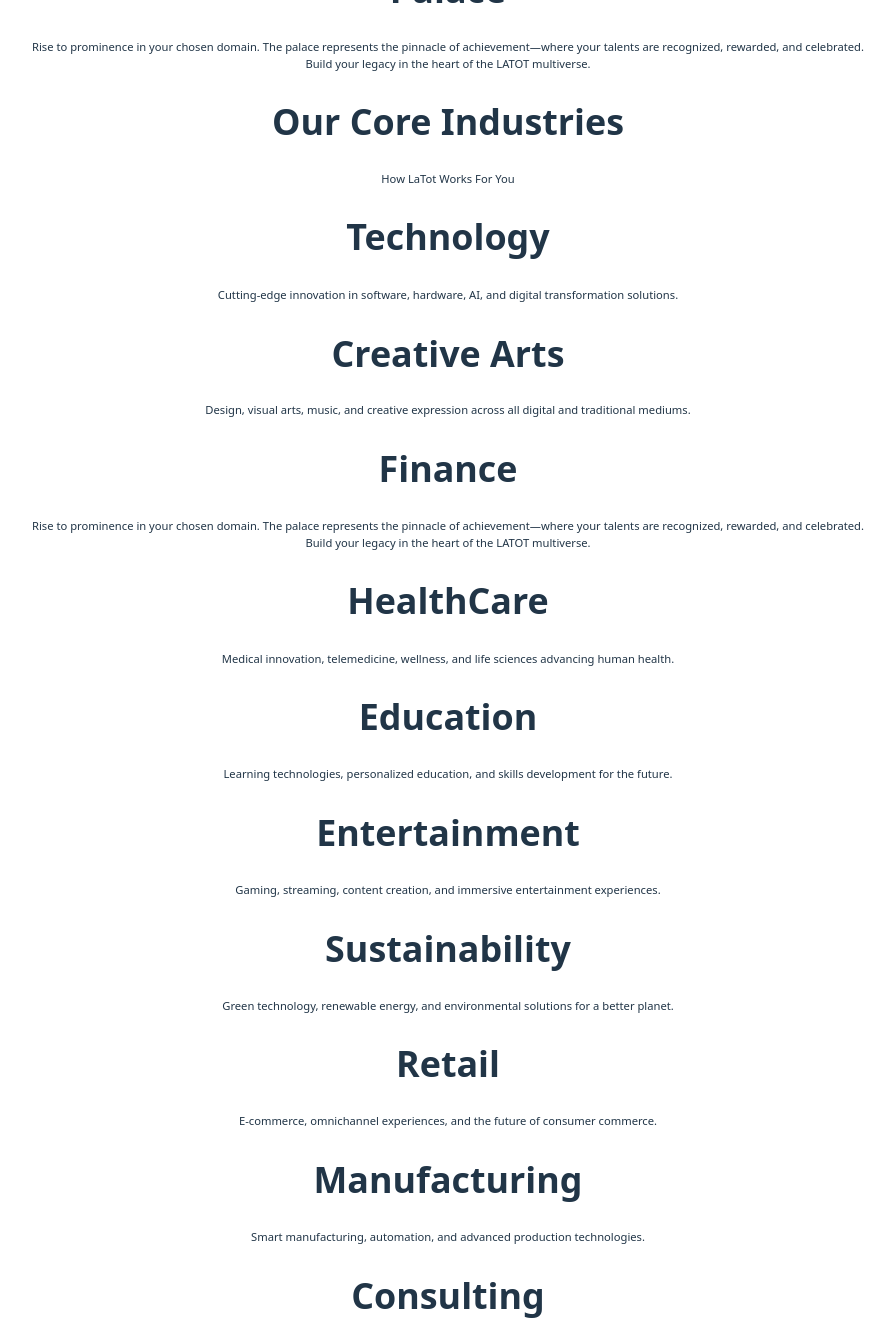
Repository: STR33T-K3Y5/LaTot
Page: /
The author's editor kept a copy of each file at every save. The page is drawn from the files as they stood at one save, then again after a run of saves.
The browser window is 1280 px wide. The pictures show the part of the page from y = 1294 to 3214 px (the page is 6660 px tall before and 6672 px after), at 70% of full size.
The project was rebuilt for these pictures with package versions that can differ from the ones it lists, and the page was loaded fresh each time. Also part of the build but not shown: vite.config.js, src/pages/FindTalent.jsx.

Above is the page before, as saved 2026-01-22 02:20:58.

### index.html
<!doctype html>
<html lang="en">
  <head>
    <meta charset="UTF-8" />

    <!-- favicons
    ================================================== -->
    <link rel="apple-touch-icon" type="image/png" sizes="512x512" href="images/android-chrome-512x512.png">
    <link rel="apple-touch-icon" type="image/png" sizes="192x192" href="images/android-chrome-192x192.png">
    <link rel="apple-touch-icon" type="image/png" sizes="180x180" href="apple-touch-icon.png">
    <link rel="icon" type="image/png" sizes="32x32" href="images/favicon-32x32.png">
    <link rel="icon" type="image/png" sizes="16x16" href="images/favicon-16x16.png">
    <link rel="manifest" href="site.webmanifest">
    <meta name="viewport" content="width=device-width, initial-scale=1.0" />
    <title>LaTot</title>
  </head>
  <body>
    <div id="root"></div>
    <script type="module" src="/src/main.jsx"></script>
  </body>
</html>

### src/App.jsx
import './App.css';
import Navbar from './components/Navbar';
import Home from './pages/Home';
import FindTalent from './pages/FindTalent';
import { BrowserRouter, Routes, Route } from 'react-router-dom';

export default function App() {
  return(
    <BrowserRouter>
      <Navbar />
      <Routes>
        <Route path="/" element={<Home />} />
        <Route path="/findtalent" element={<FindTalent />} />
      </Routes>
    </BrowserRouter>
  )
}

### src/components/Navbar.jsx
import { Link } from 'react-router-dom';

const Navbar = () => {
    return (
        <nav>
            <h2 className="logo">
                <Link to="/">LaTot</Link>
            </h2>
            <Link to={'/findtalent'}>Find Talent</Link>
            <button>
                <a href="mailto:info@latotofficial.com">Join</a>
            </button>
        </nav>
    );
};

export default Navbar;

### src/pages/Home.jsx
import Navbar from "../components/Navbar";
import HeaderImage from "../images/header.webp"



const Home = () => {
  return (
    <>
      {/* Hero Section */}
      <section id="hero-section">
        <h1 class="hero-header">Welcome To LaTot</h1>
        <h2 class="hero-subheader">Where Talent Meets Opportunity</h2>
        <p class="hero-text">Discover a universe of possibilities where your skills, creativity, and passion converge with endless opportunities across the multiverse.</p>
        <div class="video-container"><p>Video Goes Here</p></div>
        <button>
          <a href="mailto:info@latotofficial.com">Join Now</a>
        </button>
      </section>

      {/* About Section */}
      <section id="about-section">
        <h1 class="about-header">YOUR IDENTITY, YOUR WORLD, YOUR LEGACY</h1>
        <h2 class="about-subheader">How LaTot Works For You</h2>
        <div class="about-carousel">
          {/* Headshot */}
          <div class="about-item">
            <h1 class="about-header">Headshot</h1>
            <p class="about-description">In the LATOT multiverse, your professional identity is your passport. A compelling headshot is more than a photograph—it's your introduction to a universe of opportunities. Showcase your authentic self and stand out among the stars.</p>
          </div>
          {/* Planet */}
          <div class="about-item">
            <h1 class="about-header">Planet</h1>
            <p class="about-description">Every talent has its habitat. Find the perfect environment where your skills can flourish. From digital metropolises to creative sanctuaries, LATOT connects you with worlds designed for your unique abilities.</p>
          </div>
          {/* Palace */}
          <div class="about-item">
            <h1 class="about-header">Palace</h1>
            <p class="about-description">Rise to prominence in your chosen domain. The palace represents the pinnacle of achievement—where your talents are recognized, rewarded, and celebrated. Build your legacy in the heart of the LATOT multiverse.</p>
          </div>
        </div>
      </section>

      {/* Core Industries Section */}
      <section id="core-section">
        <h1 class="core-header">Our Core Industries</h1>
        <p class="core-subheader">How LaTot Works For You</p>
        <div class="core-carousel" alt="Core Industries Wrapper">
          {/* Technology */}
          <div class="core-item" alt="Technology Container">
            <h1 class="core-header">Technology</h1>
            <p class="core-description">Cutting-edge innovation in software, hardware, AI, and digital transformation solutions.</p>
          </div>
          {/* Creative Arts */}
          <div class="core-item" alt="Creative Arts Container">
            <h1 class="core-header">Creative Arts</h1>
            <p class="core-description">Design, visual arts, music, and creative expression across all digital and traditional mediums.</p>
          </div>
          {/* Finance */}
          <div class="core-item" alt="Finance Container">
            <h1 class="core-header">Finance</h1>
            <p class="core-description">Rise to prominence in your chosen domain. The palace represents the pinnacle of achievement—where your talents are recognized, rewarded, and celebrated. Build your legacy in the heart of the LATOT multiverse.</p>
          </div>
          {/* HealthCare */}
          <div class="core-item" alt="HealthCare Container">
            <h1 class="core-header">HealthCare</h1>
            <p class="core-description">Medical innovation, telemedicine, wellness, and life sciences advancing human health.</p>
          </div>
          {/* Education */}
          <div class="core-item">
            <h1 class="core-header" alt="Education Container">Education</h1>
            <p class="core-description">Learning technologies, personalized education, and skills development for the future.</p>
          </div>
          {/* Entertainment */}
          <div class="core-item">
            <h1 class="core-header" alt="Entertainment Container">Entertainment</h1>
            <p class="core-description">Gaming, streaming, content creation, and immersive entertainment experiences.</p>
          </div>
          {/* Sustainability */}
          <div class="core-item">
            <h1 class="core-header" alt="Sustainability Container">Sustainability</h1>
            <p class="core-description">Green technology, renewable energy, and environmental solutions for a better planet.</p>
          </div>
          {/* Retail */}
          <div class="core-item">
            <h1 class="core-header" alt="Retail Container">Retail</h1>
            <p class="core-description">E-commerce, omnichannel experiences, and the future of consumer commerce.</p>
          </div>
          {/* Manufacturing */}
          <div class="core-item">
            <h1 class="core-header" alt="Manufacturing Container">Manufacturing</h1>
            <p class="core-description">Smart manufacturing, automation, and advanced production technologies.</p>
          </div>
          {/* Consulting */}
          <div class="core-item">
            <h1 class="core-header" alt="Consulting Container">Consulting</h1>
            <p class="core-description">Strategic advice, business transformation, and expert guidance across industries.</p>
          </div>
        </div>
      </section>

      {/* Talent Planets Section */}
      <section id="planet-section">
        <h1 class="planet-header">Talent Planets</h1>
        <p class="planet-subheader">Every talent deserves the perfect world. Explore our specialized planets, each designed to nurture and amplify specific skill sets and creative passions.</p>
        <div class="about-carousel">
          {/* Creative Hub */}
          <div class="planet-item" alt="Creative Arts Container">
            <h1 class="planet-header">Creative Arts</h1>
            <h2 class="planet-subheader">Creative Hub</h2>
            <p class="planet-description">A world where imagination knows no bounds. Artists, designers, and creators find their sanctuary here, surrounded by infinite inspiration and collaborative energy.</p>
          </div>
          {/* Planet */}
          <div class="planet-item" alt="Technology Container">
            <h1 class="planet-header">Technology</h1>
            <h2 class="planet-subheader">Tech Nexus</h2>
            <p class="planet-description">Every talent has its habitat. Find the perfect environment where your skills can flourish. From digital metropolises to creative sanctuaries, LATOT connects you with worlds designed for your unique abilities.</p>
          </div>
          {/* Palace */}
          <div class="planet-item" alt="Education Container">
            <h1 class="planet-header">Education</h1>
            <h2 class="planet-subheader">Wisdom Academy</h2>
            <p class="planet-description">Where knowledge is revered. Educators, researchers, and lifelong learners thrive in environments dedicated to wisdom, discovery, and intellectual growth.</p>
          </div>
        </div>
      </section>

      {/* Citizen */}

      <section id="citizen-section">
        {/* identity Core */}
        <div class="citizen-container">
          <h1 class="citizen-header">Identity Core</h1>
          <p class="citizen-description">Your unique digital identity that travels with you across all planets and sectors.</p>
        </div>
        {/* identity Core */}
        <div class="citizen-container">
          <h1 class="citizen-header">Security Layer</h1>
          <p class="citizen-description">Advanced protection for your data, assets, and digital presence.</p>
        </div>
        {/* identity Core */}
        <div class="citizen-container">
          <h1 class="citizen-header">Capability Matrix</h1>
          <p class="citizen-description">Your skills, certifications, and recognized abilities within the multiverse.</p>
        </div>
        {/* identity Core */}
        <div class="citizen-container">
          <h1 class="citizen-header">Planet Affinity</h1>
          <p class="citizen-description">Connections to specific planets where you have membership and access rights.</p>
        </div>
        {/* identity Core */}
        <div class="citizen-container">
          <h1 class="citizen-header">Achievement Record</h1>
          <p class="citizen-description">Your accomplishments, contributions, and recognized achievements.</p>
        </div>
        {/* identity Core */}
        <div class="citizen-container">
          <h1 class="citizen-header">Community Ties</h1>
          <p class="citizen-description">Your connections, collaborations, and community relationships.</p>
        </div>

        {/* Governance Permisions */}
        <div class="governance-container">
          {/* Headshot Level */}
          <div class="governance-item">
            <h1 class="governance-header">Headshot Level</h1>
            <p class="governance-description">Entry-level permission for all new citizens.</p>
            <ul class="governance-list">
              <li class="governance-item">Basic Profile</li>
              <li class="governance-item">Community Access</li>
              <li class="governance-item">Event Participation</li>
            </ul>
          </div>
          {/* Headshot Level */}
          <div class="governance-item">
            <h1 class="governance-header">Planet Level</h1>
            <p class="governance-description">Unlock access to specialized talent planets.</p>
            <ul class="governance-list">
              <li class="governance-item">Planet Access</li>
              <li class="governance-item">Specialized Tools</li>
              <li class="governance-item">Sector Projects</li>
            </ul>
          </div>
          {/* Planet Level */}
          <div class="governance-item">
            <h1 class="governance-header">Palace Level</h1>
            <p class="governance-description">The pinnacle of citizen achievement and recognition.</p>
            <ul class="governance-list">
              <li class="governance-item">Leadership Role</li>
              <li class="governance-item">Voting Rights</li>
              <li class="governance-item">Resource Allocation</li>
            </ul>
          </div>
        </div>
      </section>

      {/* LaTot Multiverse Section */}
      <section id="about-section">
        <h1 class="about-header">The LATOT Multiverse</h1>
        <h2 class="about-subheader">Infinite Worlds, One Community</h2>
        <div class="about-carousel">
          {/* Headshot */}
          <div class="about-item">
            <h1 class="about-header">Headshot</h1>
            <p class="about-description">In the LATOT multiverse, your professional identity is your passport. A compelling headshot is more than a photograph—it's your introduction to a universe of opportunities. Showcase your authentic self and stand out among the stars.</p>
          </div>
          {/* Planet */}
          <div class="about-item">
            <h1 class="about-header">Planet</h1>
            <p class="about-description">Every talent has its habitat. Find the perfect environment where your skills can flourish. From digital metropolises to creative sanctuaries, LATOT connects you with worlds designed for your unique abilities.</p>
          </div>
          {/* Palace */}
          <div class="about-item">
            <h1 class="about-header">Palace</h1>
            <p class="about-description">Rise to prominence in your chosen domain. The palace represents the pinnacle of achievement—where your talents are recognized, rewarded, and celebrated. Build your legacy in the heart of the LATOT multiverse.</p>
          </div>
        </div>
      </section>

    </>
  )
}

export default Home

Loaded but not shown: src/main.jsx (common file); src/index.css (common file); src/App.css (common file)

After the next 2 saves:
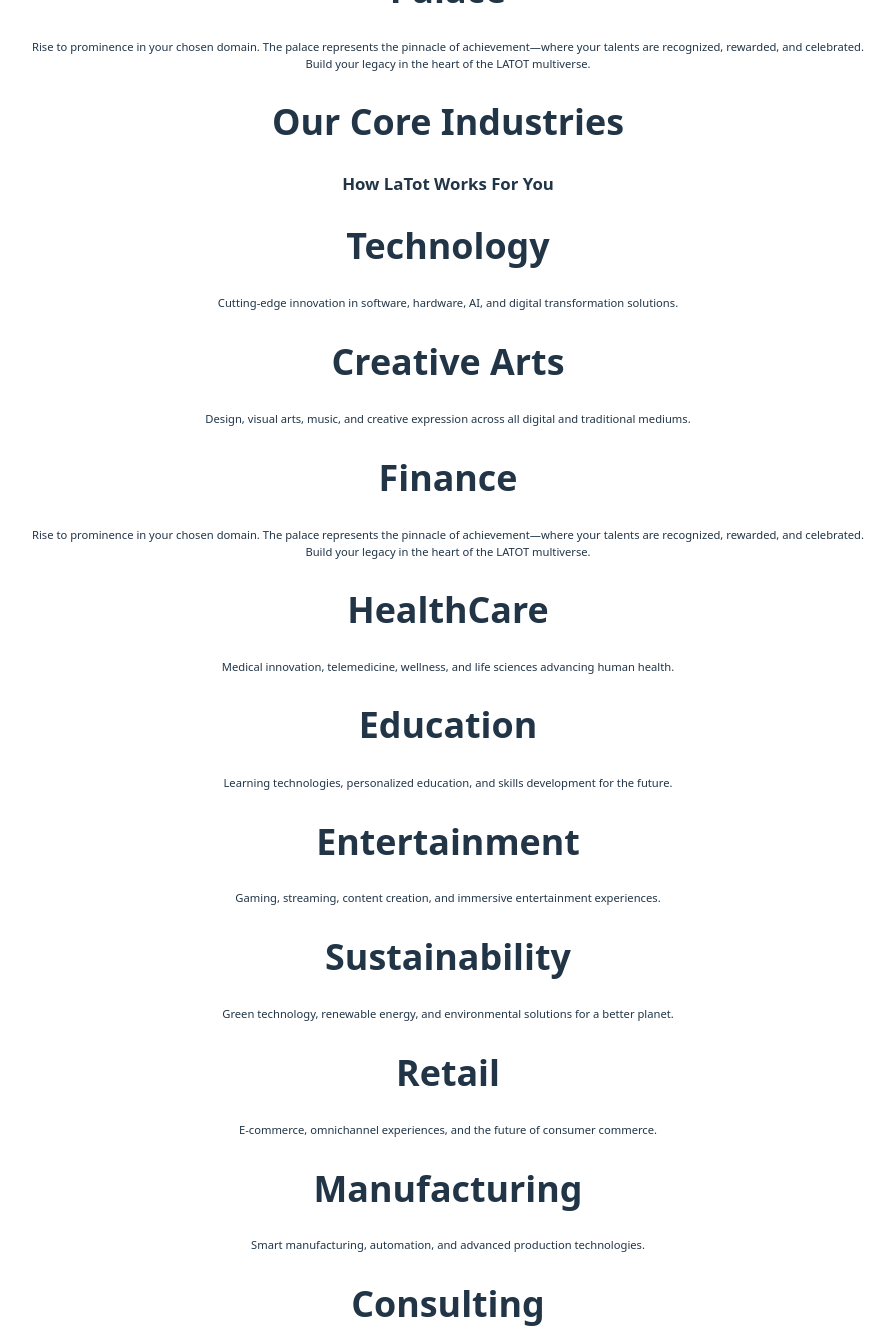
The 2 saves are shown as one change because they came seconds apart.
The last was saved 16 s later.
--- a/src/pages/Home.jsx
+++ b/src/pages/Home.jsx
@@ -43,7 +43,7 @@
       {/* Core Industries Section */}
       <section id="core-section">
         <h1 class="core-header">Our Core Industries</h1>
-        <p class="core-subheader">How LaTot Works For You</p>
+        <h2 class="core-subheader">How LaTot Works For You</h2>
         <div class="core-carousel" alt="Core Industries Wrapper">
           {/* Technology */}
           <div class="core-item" alt="Technology Container">
